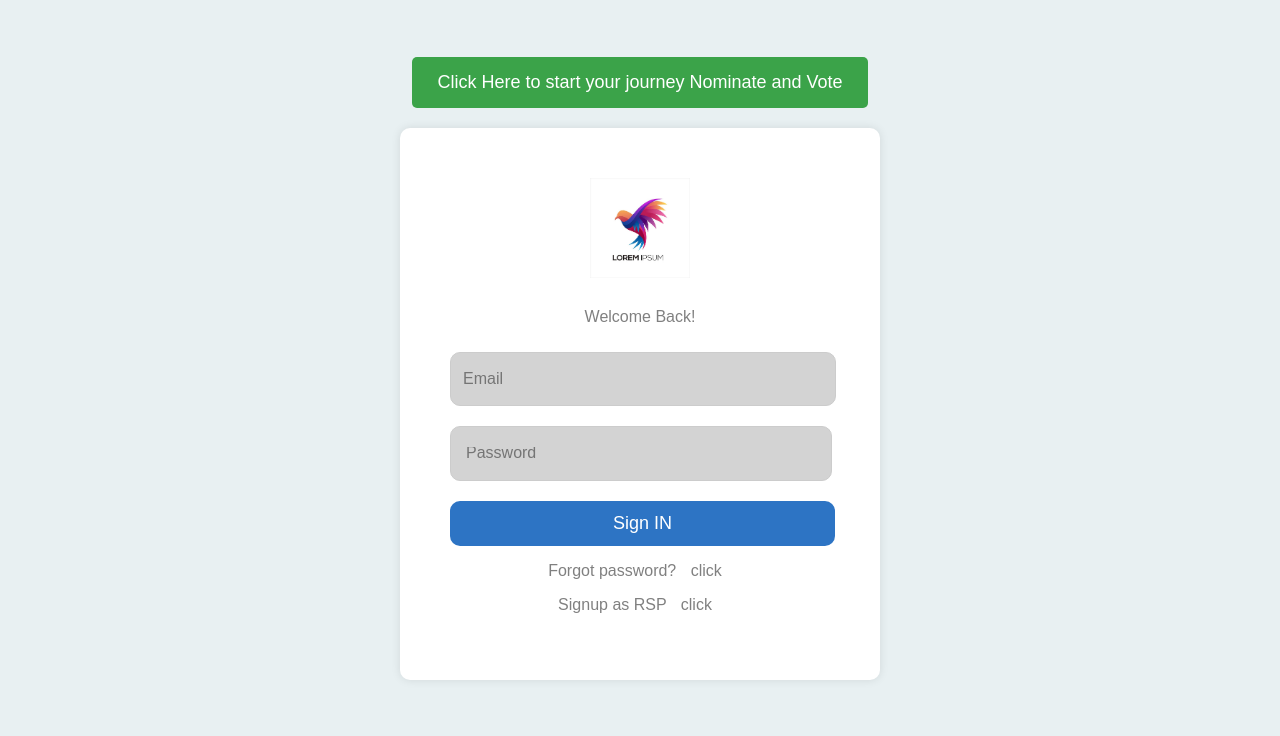
Repository: Femi007-gh/welcome
Page: index.html
The author's editor kept a copy of each file at every save. The page is drawn from the files as they stood at one save, then again after the next save.
The browser window is 1280 px wide. The pictures show the whole page.
Some web libraries are served in a nearby version.

Above is the page before, as saved 2025-03-10 18:31:47.

### index.html
<!DOCTYPE html>
<html lang="en">
<head>
    <meta charset="UTF-8">
    <meta name="viewport" content="width=device-width, initial-scale=1.0">
    <title>Login Page</title>
    <script src="https://kit.fontawesome.com/a076d05399.js" crossorigin="anonymous"></script>
    <style>
        body {
            font-family: Arial, sans-serif;
            background-color: #e8f0f2;
            display: flex;
            justify-content: center;
            align-items: center;
            height: 100vh;
            flex-direction: column;
        }
        .green-button {
            background-color: #3ba349;
            color: white;
            padding: 15px 25px;
            border: none;
            border-radius: 5px;
            cursor: pointer;
            margin-bottom: 20px;
            font-size: 18px;
        }
        .container {
            background-color: white;
            padding: 50px;
            border-radius: 10px;
            box-shadow: 0 0 10px rgba(0, 0, 0, 0.1);
            text-align: center;
            width: 380px;
        }
        .container img {
            width: 100px;
            margin-bottom: 10px;
        }
        p {
            color: gray;
        }
        input {
            width: calc(100% - 20px);
            padding: 12px;
            margin: 10px 0;
            border: 1px solid #ccc;
            border-radius: 10px;
            font-size: 16px;
            background: #d3d3d3;
        }
        .password-container {
            display: flex;
            align-items: center;
            background: #d3d3d3;
            border: 1px solid #ccc;
            border-radius: 10px;
            padding: 10px;
            width: calc(100% - 20px);
            margin: 10px 0;
        }
        .password-container input {
            border: none;
            outline: none;
            flex: 1;
            background: transparent;
            padding: 5px;
        }
        .password-container i {
            cursor: pointer;
            font-size: 18px;
            margin-left: 10px;
        }
        .sign-in-button {
            background-color: #2d74c4;
            color: white;
            padding: 12px;
            border: none;
            border-radius: 10px;
            cursor: pointer;
            width: 100%;
            font-size: 18px;
            margin-top: 10px;
            width: 385px;
        }
        .links {
            margin-top: 10px;
            font-size: 16px;
        }
        .links a {
            color: gray;
            text-decoration: none;
            margin: 0 10px;
        }
        .links a.underline {
            color: blue;
            text-decoration: underline;
        }
        .fit {
          height: 3px;
        }
        .lit{
          height: 28px;
        }
        .under {
          color: grey;
        }
    </style>
</head>
<body>
    <button class="green-button">Click Here to start your journey Nominate and Vote</button>
    <div class="container">
        <img src="Logo.jpg" alt="Nigerian Shippers Council Logo">
        <p>Welcome Back!</p>
        <input type="email" placeholder="Email" class="lit">
        <div class="password-container">
            <input type="password" placeholder="Password" class="fit">
        </div>
        <button class="sign-in-button">Sign IN</button>
        <div class="links">
          <p class="forgot">
            Forgot password?
          <a href="#">click</a>
          </p>
          <p class="under">
            Signup as RSP
            <a href="#">click</a>
          </p>
        </div>
    </div>
</body>
</html>

After the next save:
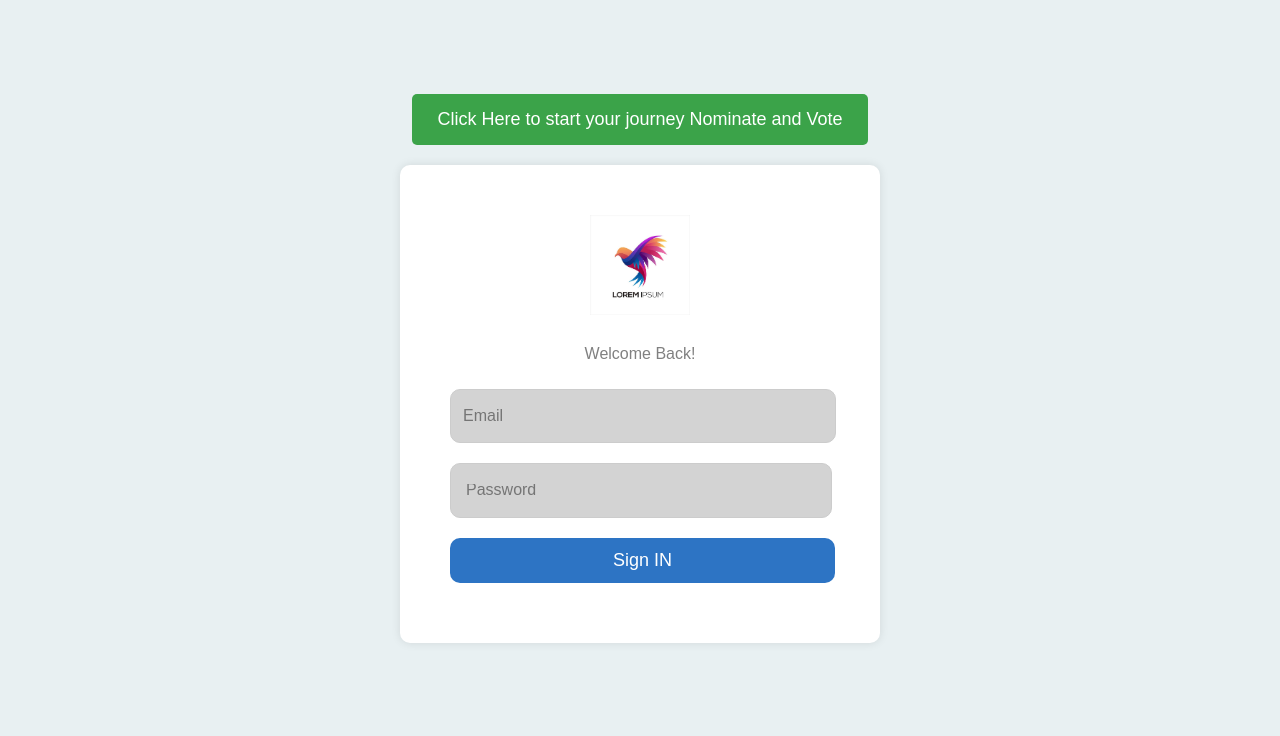
Saved 4 s later.
--- a/index.html
+++ b/index.html
@@ -118,14 +118,8 @@
         </div>
         <button class="sign-in-button">Sign IN</button>
         <div class="links">
-          <p class="forgot">
-            Forgot password?
-          <a href="#">click</a>
-          </p>
-          <p class="under">
-            Signup as RSP
-            <a href="#">click</a>
-          </p>
+
+
         </div>
     </div>
 </body>

After the save that followed:
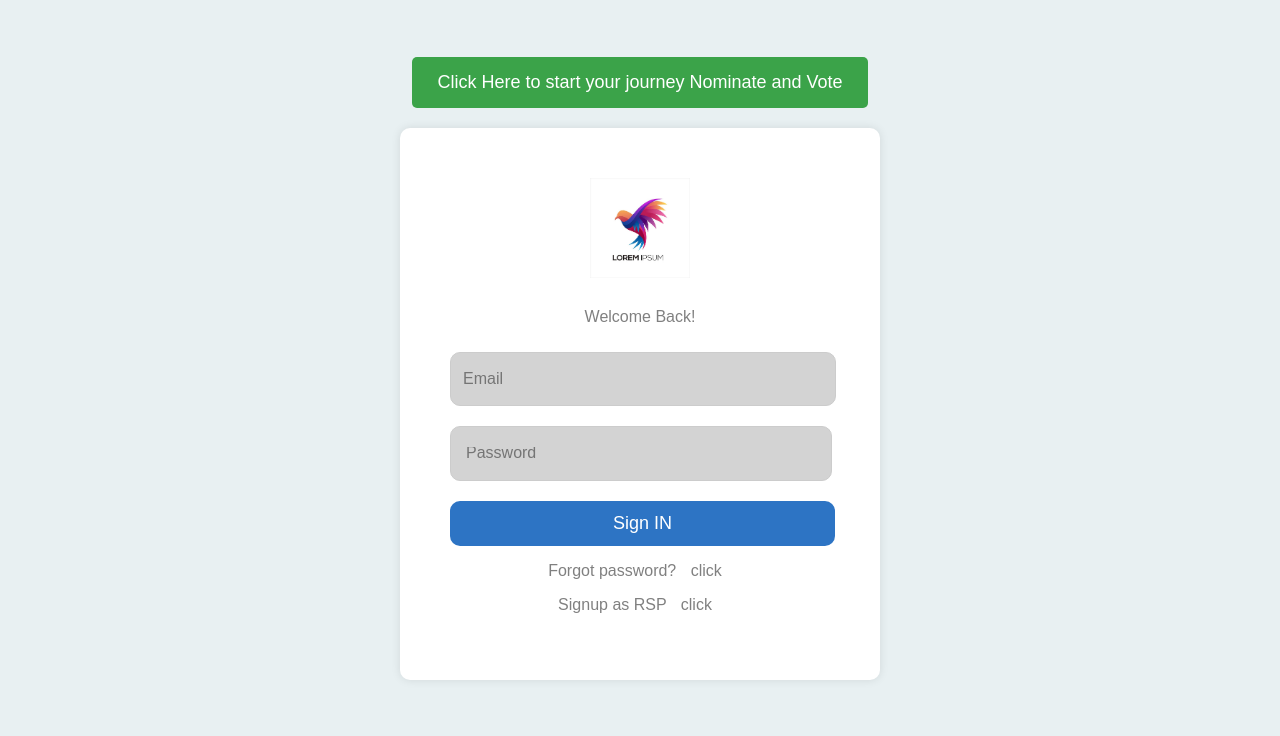
Saved 5 min 28 s later.
--- a/index.html
+++ b/index.html
@@ -118,7 +118,14 @@
         </div>
         <button class="sign-in-button">Sign IN</button>
         <div class="links">
-
+          <p class="forgot">
+            Forgot password?
+          <a href="#">click</a>
+          </p>
+          <p class="sign-up">
+            Signup as RSP
+            <a href="#">click</a>
+          </p>
 
         </div>
     </div>
